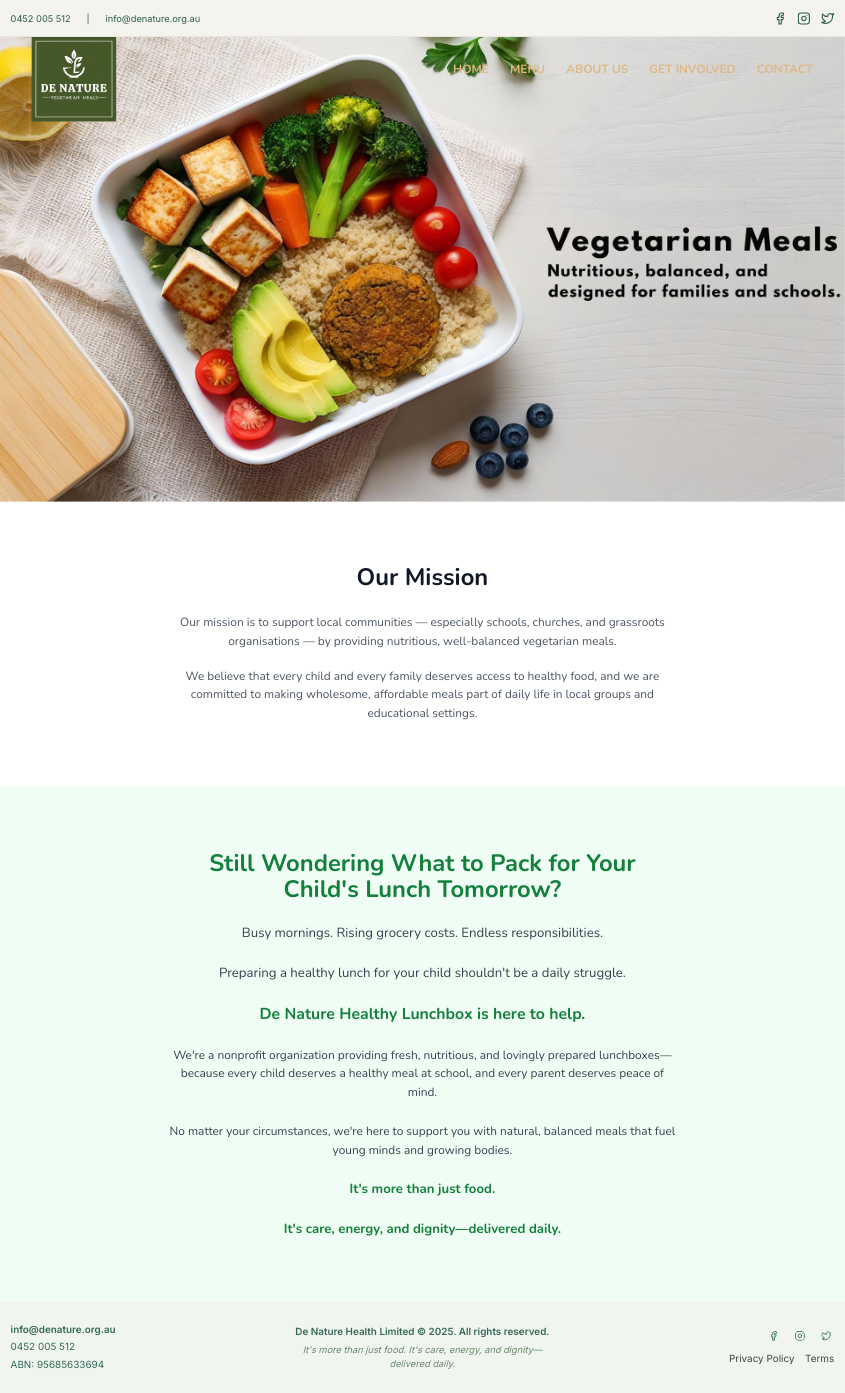
Repository: sunnyyan01/denature-website
Page: /
These files come from the project's save history. The page is drawn as it stood at one moment and after the next save; the edit follows.
The browser window is 1280 px wide. The pictures show the whole page, at 66% of full size.
The project was rebuilt for these pictures with package versions that can differ from the ones it lists, and the page was loaded fresh each time. The framework's server and built-in components were replaced by stand-ins that run in the browser. Also part of the build but not shown: next.config.js.

Above is the page before, as saved 2025-05-14 21:26:09.

After the next save:
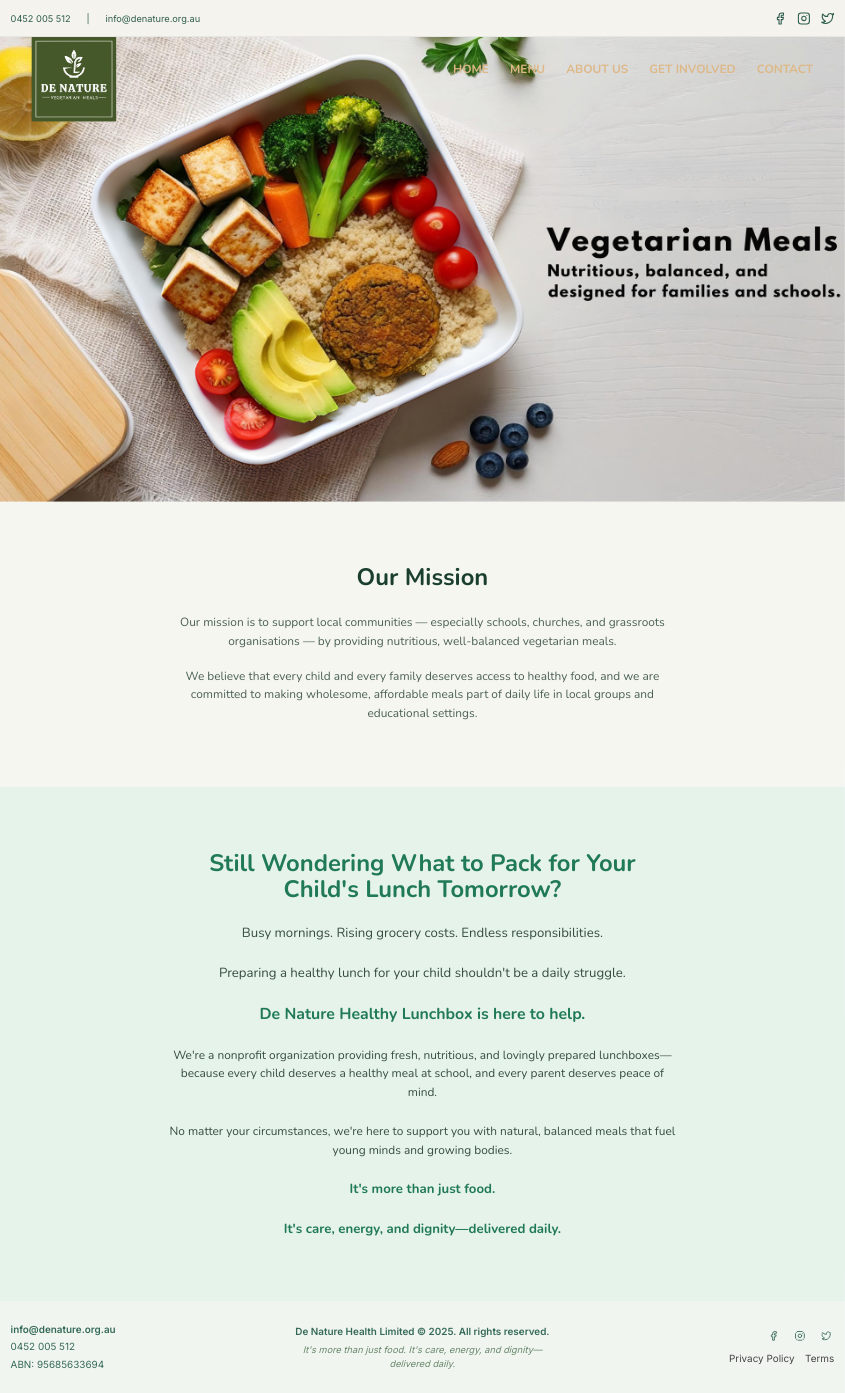
Saved 5 min 47 s later.
--- a/src/app/page.tsx
+++ b/src/app/page.tsx
@@ -42,11 +42,11 @@
       </section>
 
       {/* Mission Section */}
-      <section className="py-24 bg-white">
+      <section className="py-24" style={{ background: '#F6F6F1' }}>
         <div className="max-w-4xl mx-auto px-4 sm:px-6 lg:px-8">
           <div className="max-w-3xl mx-auto text-center">
-            <h2 className="text-3xl md:text-4xl font-bold text-gray-900 mb-8 font-heading">Our Mission</h2>
-            <div className="space-y-6 text-lg text-gray-600 leading-relaxed">
+            <h2 className="text-3xl md:text-4xl font-bold mb-8 font-heading" style={{ color: '#1B3F2F' }}>Our Mission</h2>
+            <div className="space-y-6 text-lg leading-relaxed" style={{ color: '#4B6155' }}>
               <p>
                 Our mission is to support local communities — especially schools, churches, and grassroots organisations — by providing nutritious, well-balanced vegetarian meals.
               </p>
@@ -59,20 +59,20 @@
       </section>
 
       {/* Lunchbox Support Section */}
-      <section className="py-24 bg-green-50">
+      <section className="py-24" style={{ background: '#E6F3EB' }}>
         <div className="container mx-auto px-4">
           <div className="max-w-3xl mx-auto">
-            <h2 className="text-4xl font-bold text-green-700 mb-8 text-center">
+            <h2 className="text-4xl font-bold mb-8 text-center" style={{ color: '#217A57', fontWeight: 700 }}>
               Still Wondering What to Pack for Your Child's Lunch Tomorrow?
             </h2>
-            <div className="space-y-8 text-gray-700">
+            <div className="space-y-8" style={{ color: '#364D40' }}>
               <p className="text-center text-xl">
                 Busy mornings. Rising grocery costs. Endless responsibilities.
               </p>
               <p className="text-center text-xl">
                 Preparing a healthy lunch for your child shouldn't be a daily struggle.
               </p>
-              <p className="text-center text-2xl font-bold text-green-700">
+              <p className="text-center text-2xl font-bold" style={{ color: '#217A57' }}>
                 De Nature Healthy Lunchbox is here to help.
               </p>
               <p className="text-center text-lg">
@@ -81,10 +81,10 @@
               <p className="text-center text-lg">
                 No matter your circumstances, we're here to support you with natural, balanced meals that fuel young minds and growing bodies.
               </p>
-              <p className="text-center text-xl font-bold text-green-700">
+              <p className="text-center text-xl font-bold" style={{ color: '#217A57' }}>
                 It's more than just food.
               </p>
-              <p className="text-center text-xl font-bold text-green-700">
+              <p className="text-center text-xl font-bold" style={{ color: '#217A57' }}>
                 It's care, energy, and dignity—delivered daily.
               </p>
             </div>
